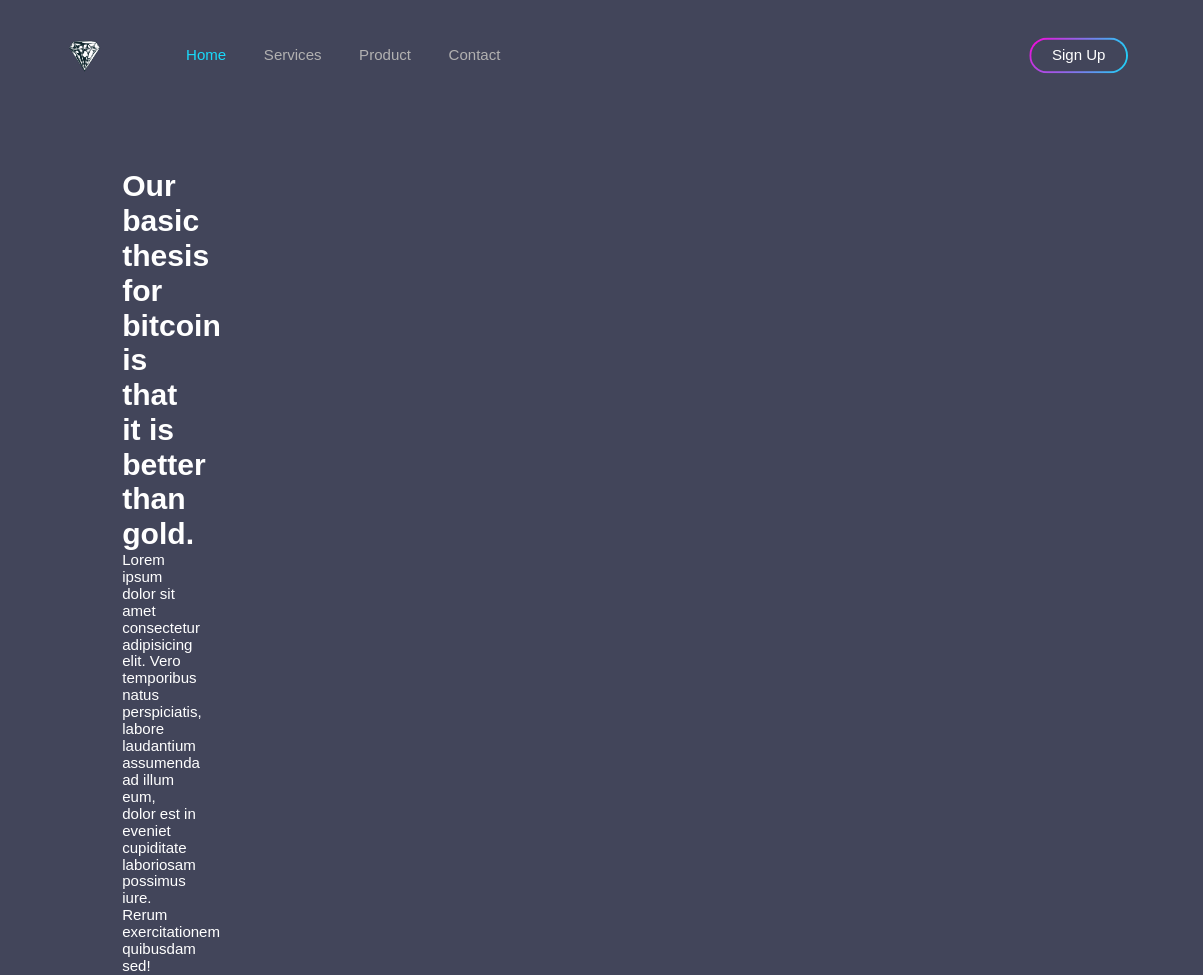
Repository: Aakarshit-Sharma19/Basic-HTML-and-CSS-Page-
Page: index.html
The author's editor kept a copy of each file at every save. The page is drawn from the files as they stood at one save, then again after the next save.
The browser window is 1280 px wide. The pictures show the whole page, at 94% of full size.

Above is the page before, as saved 2020-11-10 15:25:05.

### index.html
<!DOCTYPE html>
<html lang="en">

<head>
    <title>Crypto Currency Web App - Easy Tutorials</title>
    <link rel="stylesheet" href="style.css">
</head>

<body>
    <div class="container">
        <div class="menu">
            <ul>
                <li class="logo"><img src="1349.png" alt="diamond"></li>
                <li class="active">Home</li>
                <li>Services</li>
                <li>Product</li>
                <li>Contact</li>
                <li><a href="#" class="signup-btn"><span>Sign Up</span></a></li>
            </ul>
        </div>
        <div class="banner">
            <div class="app-text">
                <h1>Our basic thesis for bitcoin <br> is that it is better than gold.</h1>
                <p>Lorem ipsum dolor sit amet consectetur adipisicing <br>elit. Vero temporibus natus perspiciatis,
                    labore
                    laudantium assumenda ad illum eum,<br> dolor est in eveniet cupiditate laboriosam possimus iure.
                    Rerum
                    exercitationem quibusdam sed!</p>
            </div>
        </div>
    </div>
</body>

</html>

### style.css
* {
    margin: 0;
    padding: 0;
    font-family: sans-serif;
}

body{
    background: #42455a;
}
.container{
    width: 100%;
    height: 100%;
}

.menu ul{
    display: inline-flex;
    margin: 50px;
}

.menu ul li{
    list-style: none;
    margin: 0 20px;
    color: #b2b1b1;
    cursor: pointer;
}

.logo img{
    width: 40px;
    margin-top: -12px;
    margin-right: 48px;
}

.active{
    color: #19dafa!important;
}

.signup-btn{
    top: 40px;
    right: 80px;
    position: absolute;
    text-decoration: none;
    color: #fff;
    border: 2px solid transparent;
    border-radius: 20px;
    background-image: linear-gradient(#42455a, #42455a), radial-gradient(circle at top left, #fd00da, #19d7f8);
    background-origin: border-box;
    background-clip: content-box,border-box;
}

.signup-btn span{
    display: block;
    padding: 8px 22px;
}

.banner{
    width: 80px;
    height: 80px;
    top: 25%;
    left: 130px;
    position: absolute;
    color: #fff;
}

After the next save:
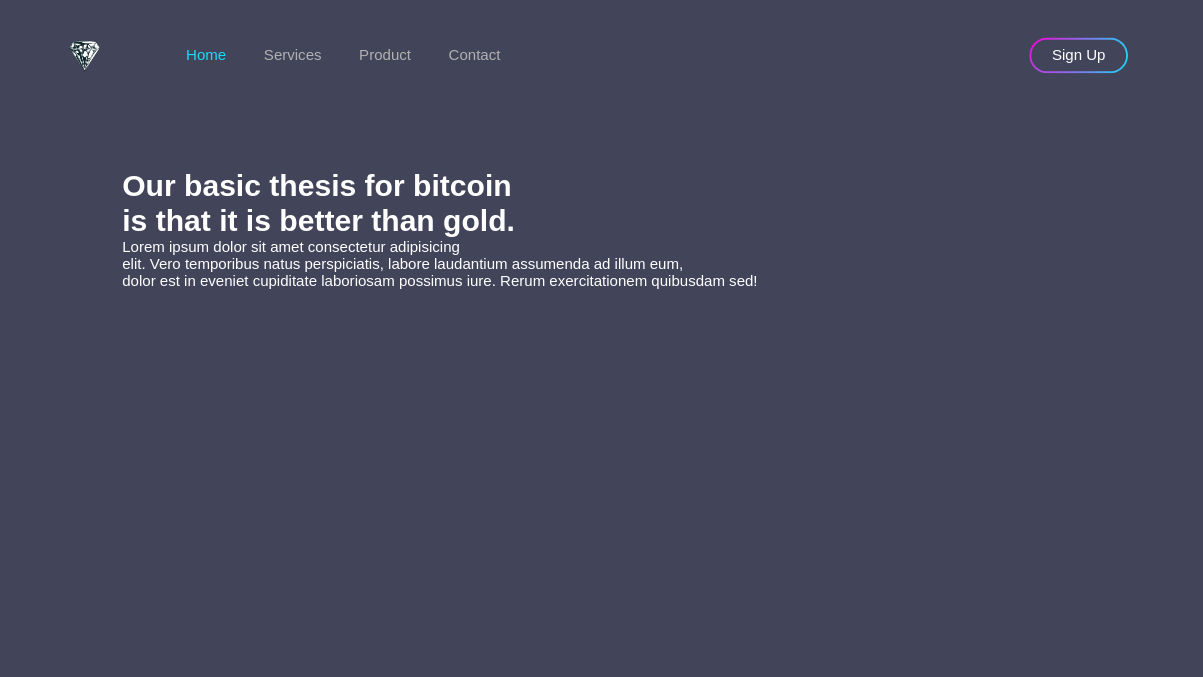
Saved 20 s later.
--- a/style.css
+++ b/style.css
@@ -53,8 +53,8 @@ body{
 }
 
 .banner{
-    width: 80px;
-    height: 80px;
+    width: 80%;
+    height: 70%;
     top: 25%;
     left: 130px;
     position: absolute;
